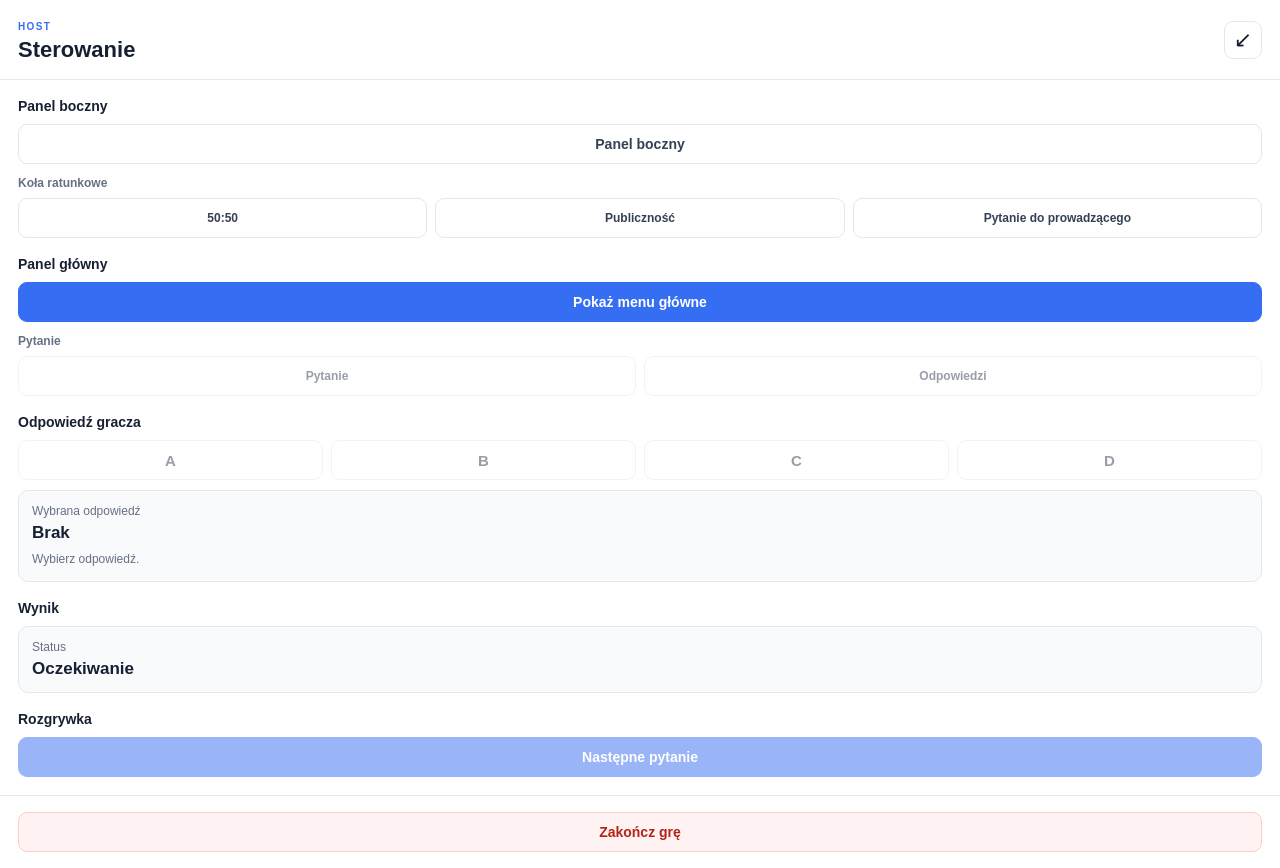
Repository: WaleonGames/HTGMilionerzy
Page: views/controls.html
The author's editor kept a copy of each file at every save. The page is drawn from the files as they stood at one save, then again after a run of saves.
The browser window is 1280 px wide. The pictures show the whole page.

Above is the page before, as saved 2026-09-07 19:40:09.
Console error: TypeError: Cannot read properties of undefined (reading 'game')

### views/controls.html
<!doctype html>
<html lang="pl">
<head>
  <meta charset="UTF-8">
  <meta name="viewport" content="width=device-width,initial-scale=1.0">

  <title>Milionerzy - Sterowanie</title>

  <link rel="stylesheet" href="../public/css/design.css">
  <link rel="stylesheet" href="../public/css/game.css">
  <link rel="stylesheet" href="../public/css/controls.css">
  <link rel="stylesheet" href="../public/css/blocked.css">
</head>
<body class="controls-window">
  <div class="controls-app">

    <!-- =========================
         HEADER
    ========================= -->

    <header class="controls-header">
      <div>
        <span class="game-eyebrow">
          HOST
        </span>

        <h1>
          Sterowanie
        </h1>
      </div>

      <button
        id="attachControlsButton"
        class="game-icon-button"
        type="button"
        title="Przywróć sterowanie do okna gry"
        aria-label="Przywróć sterowanie do okna gry"
      >
        ↙
      </button>
    </header>

    <!-- =========================
         CONTENT
    ========================= -->

    <main class="controls-content">

      <!-- =========================
           PANEL BOCZNY
      ========================= -->

      <section class="game-control-section">
        <h3>
          Panel boczny
        </h3>

        <button
          id="toggleSidebarButton"
          class="game-button"
          type="button"
        >
          Panel boczny
        </button>

        <div class="game-control-subsection">
          <span class="game-control-label">
            Koła ratunkowe
          </span>

          <div
            class="game-display-controls game-display-controls-3"
          >
            <button
              id="lifeline5050Button"
              class="game-button"
              type="button"
            >
              50:50
            </button>

            <button
              id="lifelineAudienceButton"
              class="game-button"
              type="button"
            >
              Publiczność
            </button>

            <button
              id="lifelineHostButton"
              class="game-button"
              type="button"
            >
              Pytanie do prowadzącego
            </button>
          </div>
        </div>
      </section>

      <!-- =========================
           PANEL GŁÓWNY
      ========================= -->

      <section class="game-control-section">
        <h3>
          Panel główny
        </h3>

        <button
          id="showMainPanelButton"
          class="game-button game-button-primary"
          type="button"
        >
          Pokaż menu główne
        </button>

        <div class="game-control-subsection">
          <span class="game-control-label">
            Pytanie
          </span>

          <div
            class="game-display-controls game-display-controls-2"
          >
            <button
              id="showQuestionButton"
              class="game-button"
              type="button"
              disabled
            >
              Pytanie
            </button>

            <button
              id="showAnswersButton"
              class="game-button"
              type="button"
              disabled
            >
              Odpowiedzi
            </button>
          </div>
        </div>
      </section>

      <!-- =========================
           ODPOWIEDŹ GRACZA
      ========================= -->

      <section class="game-control-section">
        <h3>
          Odpowiedź gracza
        </h3>

        <div
          id="hostAnswerGrid"
          class="game-host-answers"
        >
          <button
            class="game-button game-host-answer"
            data-host-answer="A"
            type="button"
            disabled
          >
            A
          </button>

          <button
            class="game-button game-host-answer"
            data-host-answer="B"
            type="button"
            disabled
          >
            B
          </button>

          <button
            class="game-button game-host-answer"
            data-host-answer="C"
            type="button"
            disabled
          >
            C
          </button>

          <button
            class="game-button game-host-answer"
            data-host-answer="D"
            type="button"
            disabled
          >
            D
          </button>
        </div>

        <div class="game-selected-answer">
          <span>
            Wybrana odpowiedź
          </span>

          <strong id="selectedAnswer">
            Brak
          </strong>

          <small
            id="answerConfirmHint"
            class="game-answer-confirm-hint"
          >
            Wybierz odpowiedź.
          </small>
        </div>
      </section>

      <!-- =========================
           WYNIK
      ========================= -->

      <section class="game-control-section">
        <h3>
          Wynik
        </h3>

        <div class="game-result">
          <span>
            Status
          </span>

          <strong id="answerResult">
            Oczekiwanie
          </strong>
        </div>
      </section>

      <!-- =========================
           ROZGRYWKA
      ========================= -->

      <section class="game-control-section">
        <h3>
          Rozgrywka
        </h3>

        <button
          id="nextQuestionButton"
          class="game-button game-button-primary"
          type="button"
          disabled
        >
          Następne pytanie
        </button>
      </section>
    </main>

    <!-- =========================
         FOOTER
    ========================= -->

    <footer class="controls-footer">
      <button
        id="exitGameButton"
        class="game-button game-button-danger"
        type="button"
      >
        Zakończ grę
      </button>
    </footer>
  </div>

  <script src="../public/js/design.js"></script>
  <script src="../public/js/controls.js"></script>
</body>
</html>

### public/css/controls.css
html,
body{
  width:100%;
  min-height:100%;
}

body.controls-window{
  min-height:100vh;
  overflow:hidden;
  background:var(--design-bg);
}

.controls-app{
  display:flex;
  flex-direction:column;
  width:100%;
  min-height:100vh;
  background:var(--design-surface);
}

.controls-header{
  display:flex;
  align-items:center;
  justify-content:space-between;
  gap:16px;
  min-height:78px;
  padding:16px 18px;
  border-bottom:1px solid var(--design-border);
}

.controls-header h1{
  margin-top:3px;
  color:var(--design-text);
  font-size:22px;
}

.controls-content{
  display:flex;
  flex:1;
  flex-direction:column;
  gap:18px;
  min-height:0;
  padding:18px;
  overflow:auto;
}

.controls-footer{
  padding:16px 18px;
  border-top:1px solid var(--design-border);
}

.controls-footer .game-button{
  width:100%;
}

### public/css/blocked.css
/* =========================
   BLOCKED / STATUS STATES
========================= */

/* =========================
   BASE STATUS CONTAINER
========================= */

.is-blocked,
.is-probability,
.is-coming-soon{
  position:relative;

  padding:8px;

  border-radius:12px;

  overflow:hidden;
}

/* =========================
   BLOCKED
========================= */

.is-blocked {
  pointer-events: none;
  user-select: none;
  opacity: 0.55;
  filter: grayscale(1);
}

.is-blocked::after {
  content: "Zablokowane";

  position: absolute;
  inset: 0;

  display: flex;
  align-items: center;
  justify-content: center;

  padding: 10px;

  border-radius: inherit;

  background: rgba(0, 0, 0, 0.58);
  color: #fff;

  font-size: 12px;
  font-weight: 800;
  text-align: center;
  text-transform: uppercase;

  pointer-events: none;
}

/* =========================
   PROBABILITY
========================= */

.is-probability::after {
  content: attr(data-probability);

  position: absolute;
  top: 8px;
  right: 8px;
  z-index: 5;

  display: inline-flex;
  align-items: center;
  justify-content: center;

  min-height: 26px;
  padding: 0 9px;

  border-radius: 999px;

  background: var(--design-surface);
  color: var(--design-text);

  border: 1px solid var(--design-border);

  font-size: 11px;
  font-weight: 800;

  box-shadow: var(--design-shadow-sm);

  pointer-events: none;
}

/* =========================
   COMING SOON
========================= */

.is-coming-soon{
  pointer-events:none;
  user-select:none;
}

.is-coming-soon::after{
  content:"Wkrótce";

  position:absolute;
  inset:0;
  z-index:10;

  display:flex;
  align-items:center;
  justify-content:center;

  padding:8px;

  border-radius:inherit;

  background:rgba(0,0,0,.48);
  color:#fff;

  font-size:12px;
  font-weight:800;
  text-align:center;
  text-transform:uppercase;

  pointer-events:none;
}

/* =========================
   DISABLED ELEMENT
========================= */

.blocked-disabled {
  pointer-events: none;
  cursor: not-allowed;
  opacity: 0.5;
}

/* =========================
   STATUS BADGE
========================= */

.blocked-status {
  display: inline-flex;
  align-items: center;
  justify-content: center;

  min-height: 24px;
  padding: 0 8px;

  border: 1px solid var(--design-border);
  border-radius: 999px;

  background: var(--design-surface-soft);
  color: var(--design-muted);

  font-size: 11px;
  font-weight: 700;
}

/* =========================
   STATUS TYPES
========================= */

.blocked-status.blocked {
  color: var(--design-danger);
  border-color: var(--design-danger-border);
  background: var(--design-danger-light);
}

.blocked-status.probability {
  color: var(--design-primary);
  border-color: var(--design-primary);
}

.blocked-status.coming-soon {
  color: var(--design-muted);
  background: var(--design-surface-soft);
}

Loaded but not shown: public/js/controls.js (585 lines, source omitted); public/js/design.js (200 lines, source omitted); public/css/design.css (1128 lines, source omitted); public/css/game.css (898 lines, source omitted)

After the next 2 saves:
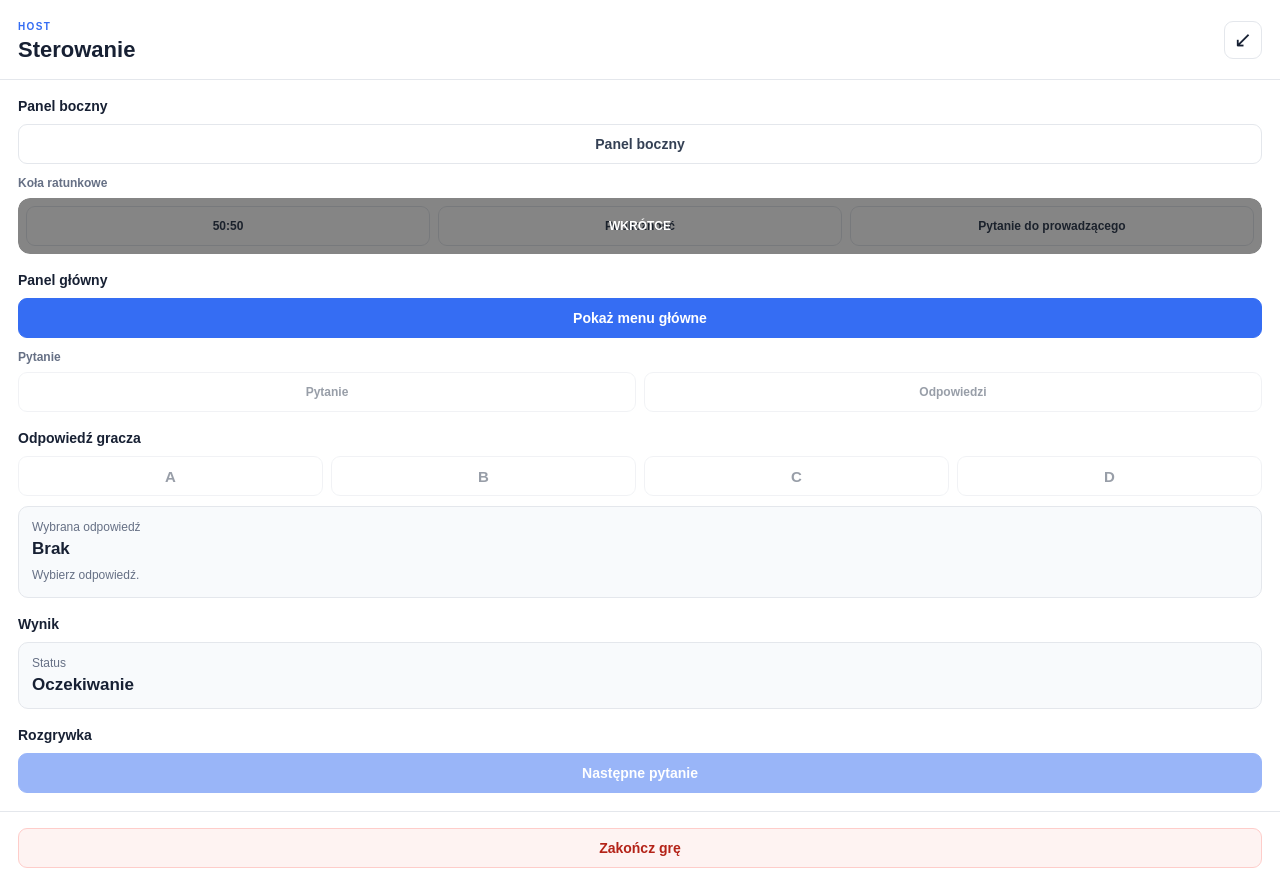
The 2 saves are shown as one change because they came seconds apart.
The last was saved 22 s later.
--- a/views/controls.html
+++ b/views/controls.html
@@ -62,14 +62,13 @@
         >
           Panel boczny
         </button>
-
         <div class="game-control-subsection">
           <span class="game-control-label">
             Koła ratunkowe
           </span>
 
           <div
-            class="game-display-controls game-display-controls-3"
+            class="game-display-controls game-display-controls-3 is-coming-soon"
           >
             <button
               id="lifeline5050Button"
